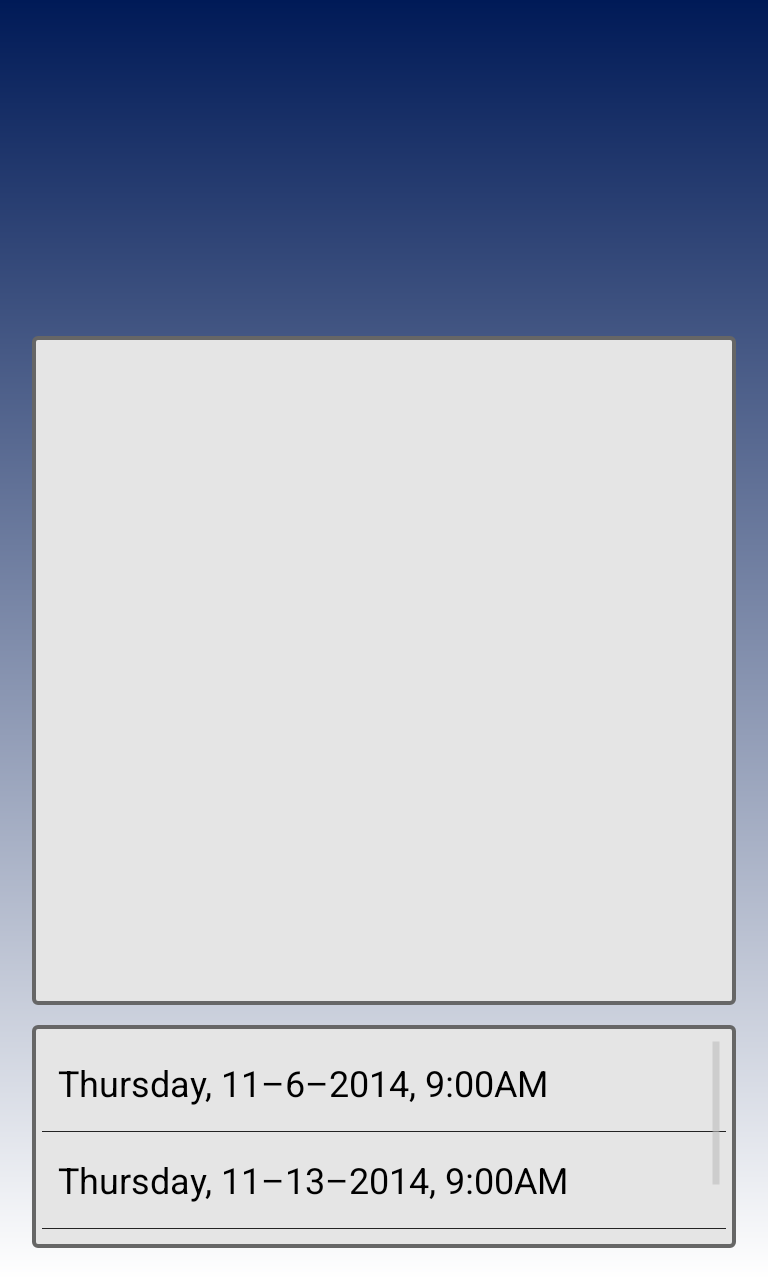
Repository: duke-compsci408-fall2014/GlassRx
Layout: AndroidRx/res/layout/activity_patient_medication.xml
The author's editor kept a copy of each file at every save. The layout is drawn from the files as they stood at one save, then again after the next save.
It is drawn on a 768 x 1280 px phone screen (xhdpi) without system bars, with theme AppTheme; the app's code is not run. Lists and similar views that code fills are empty.

Above is the layout before, as saved 2014-11-19 22:11:13.

After the next save:
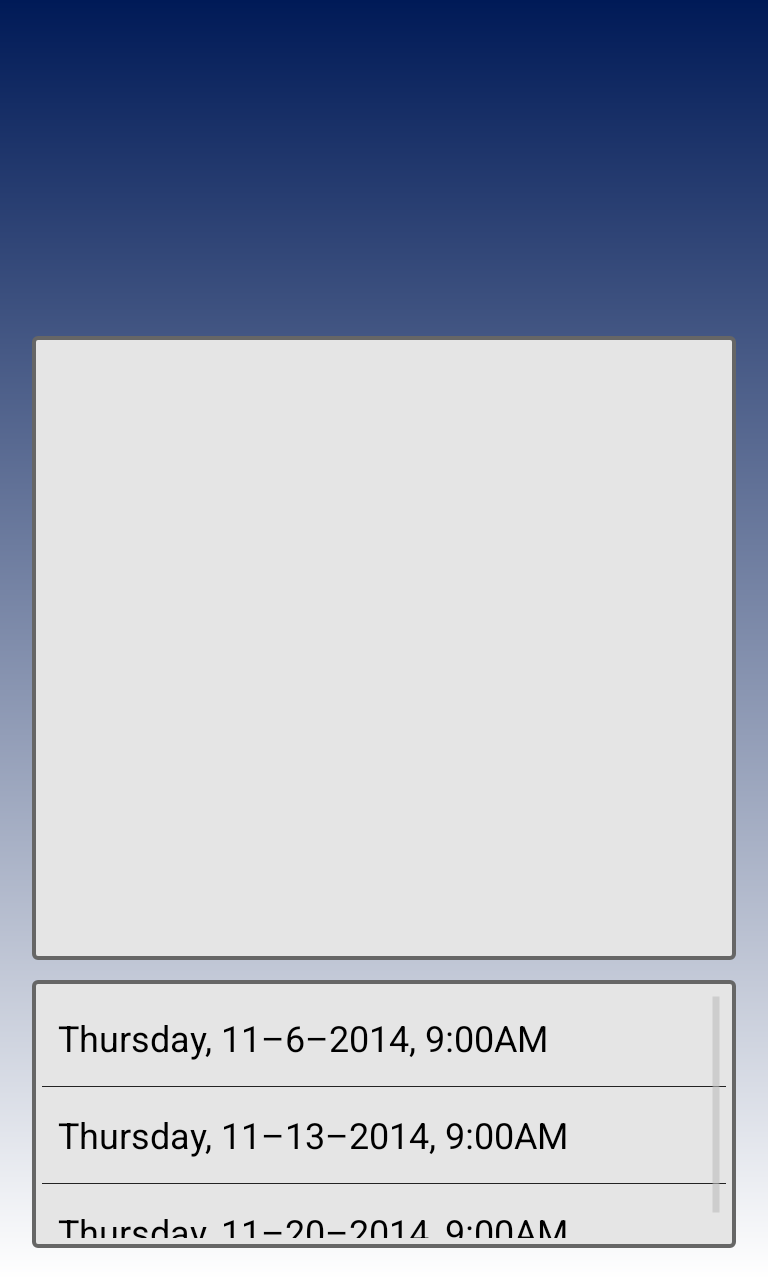
Saved 67 s later.
--- a/AndroidRx/res/layout/activity_patient_medication.xml
+++ b/AndroidRx/res/layout/activity_patient_medication.xml
@@ -48,14 +48,14 @@
             android:id="@+id/listview_med_details"
             android:layout_width="match_parent"
             android:layout_height="0dp"
-            android:layout_weight=".75">
+            android:layout_weight=".7">
         </ListView>
 
         <ListView
 	        android:id="@+id/listview_med_events"
 	        android:layout_width="match_parent"
 	        android:layout_height="0dp"
-		    android:layout_weight=".25"
+		    android:layout_weight=".3"
 	        android:layout_marginTop="10dp"
 	        android:entries="@array/alarm_array" >
 	    </ListView>
